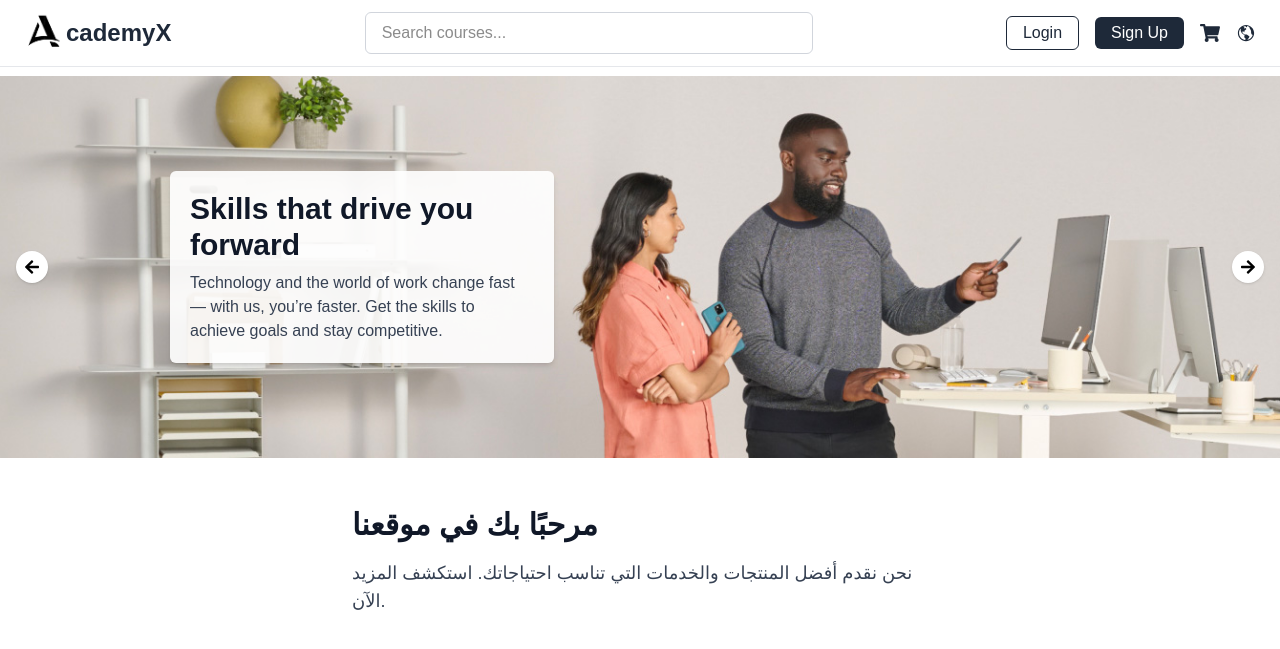
Repository: MohamedSalah54/full-stack-e-learning
Page: / (app in frontend/)
An editor plug-in stored every save of this project. The page is shown before and after the next save, followed by the edit.
The browser window is 1280 px wide. The pictures show the whole page.
The project was rebuilt for these pictures with package versions that can differ from the ones it lists, and the page was loaded fresh each time. The framework's server and built-in components were replaced by stand-ins that run in the browser. Also part of the build but not shown: frontend/next.config.ts.

Above is the page before, as saved 2025-06-15 13:50:35.

After the next save:
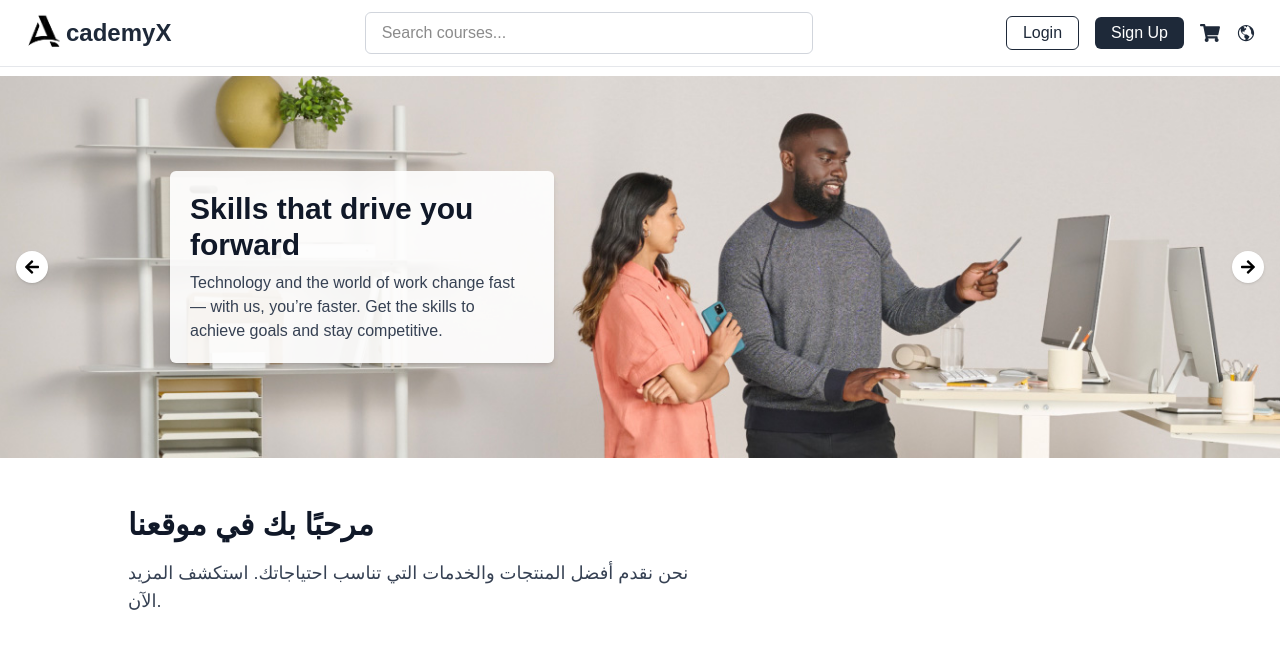
Saved 28 s later.
--- a/frontend/src/components/home/HeroBannerSlider.tsx
+++ b/frontend/src/components/home/HeroBannerSlider.tsx
@@ -60,14 +60,13 @@
 </section>
 
 {/* New text below the image section */}
-<div className="w-full py-10 bg-white">
-  <div className="max-w-xl mx-auto text-left">
-    <h1 className="text-3xl font-bold text-gray-900 mb-4">مرحبًا بك في موقعنا</h1>
-    <p className="text-lg text-gray-700">
-      نحن نقدم أفضل المنتجات والخدمات التي تناسب احتياجاتك. استكشف المزيد الآن.
-    </p>
-  </div>
+<div className="w-full text-left py-10 bg-white pl-32">
+  <h1 className="text-3xl font-bold text-gray-900 mb-4">مرحبًا بك في موقعنا</h1>
+  <p className="text-lg text-gray-700 max-w-xl">
+    نحن نقدم أفضل المنتجات والخدمات التي تناسب احتياجاتك. استكشف المزيد الآن.
+  </p>
 </div>
+
 
 </>
 
